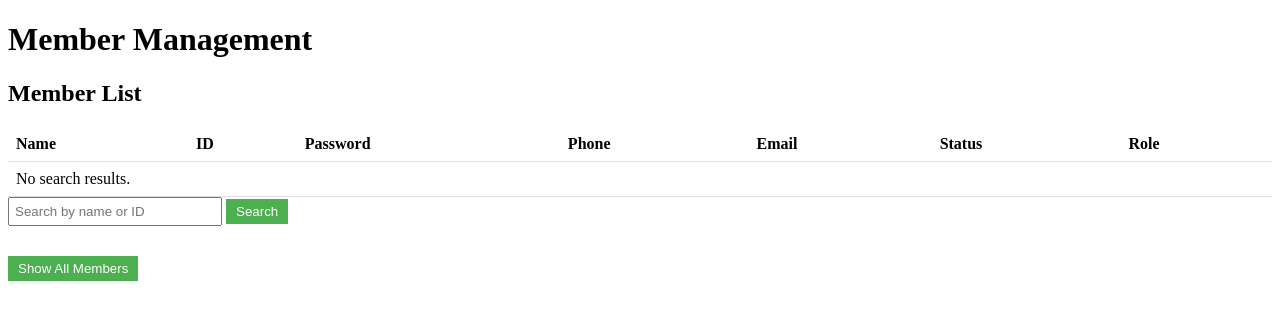
Repository: i-kemen/jsp
Page: http://localhost/WebTest/MemberManagementOKServlet?action=search
An editor plug-in stored every save of this project. The page is shown before and after the next save, followed by the edit.
The browser window is 1280 px wide. The pictures show the whole page.
The page is served by Tomcat 10. Other server files are loaded and not shown.

Above is the page before, as saved 2023-06-27 01:52:31.

### WebTest/src/main/webapp/memberManagement.jsp
<%@ page language="java" contentType="text/html; charset=UTF-8" pageEncoding="UTF-8" %>
<%@ page import="java.util.List" %>
<%@ page import="com.member.MemberDTO" %>
<%@ page import="com.member.MemberDAO" %>
<!DOCTYPE html>
<html>
<head>
    <meta charset="UTF-8">
    <title>Member Management</title>
    <style>
        table {
            width: 100%;
            border-collapse: collapse;
        }

        th, td {
            padding: 8px;
            text-align: left;
            border-bottom: 1px solid #ddd;
        }

        tr:hover {
            background-color: #f5f5f5;
        }

        form {
            margin-bottom: 20px;
        }

        label {
            display: inline-block;
            width: 100px;
        }

        input[type="text"],
        input[type="password"],
        input[type="email"],
        select {
            margin-bottom: 10px;
            padding: 5px;
            width: 200px;
        }

        input[type="submit"] {
            padding: 5px 10px;
            background-color: #4CAF50;
            color: white;
            border: none;
            cursor: pointer;
        }

        input[type="submit"]:hover {
            background-color: #45a049;
        }
    </style>
</head>
<body>
    <h1>Member Management</h1>

    <h2>Member List</h2>

    <table>
        <tr>
            <th>Name</th>
            <th>ID</th>
            <th>Password</th>
            <th>Phone</th>
            <th>Email</th>
            <th>Status</th>
            <th>Role</th>
        </tr>
        <% List<MemberDTO> memberList = (List<MemberDTO>) request.getAttribute("memberList");
           if (memberList != null && !memberList.isEmpty()) {
               for (MemberDTO member : memberList) { %>
                   <tr>
                       <td><%= member.getName() %></td>
                       <td><%= member.getId() %></td>
                       <td><%= member.getPassword() %></td>
                       <td><%= member.getPhone() %></td>
                       <td><%= member.getEmail() %></td>
                       <td><%= member.getMemberStatus() %></td>
                       <td><%= member.getMemberRole() %></td>
                   </tr>
               <% }
           } else { %>
               <tr>
                   <td colspan="7">No search results.</td>
               </tr>
           <% } %>
    </table>

    <form method="post" action="MemberManagementOKServlet">
        <input type="hidden" name="action" value="search">
        <input type="text" name="searchKeyword" placeholder="Search by name or ID">
        <input type="submit" value="Search">
    </form>

    <form method="post" action="MemberManagementOKServlet">
        <input type="hidden" name="action" value="allMembers">
        <input type="submit" value="Show All Members">
    </form>

</body>
</html>

### WebTest/src/main/java/MemberManagementOKServlet.java
import java.io.IOException;
import java.util.List;
import com.member.MemberDAO;
import com.member.MemberDTO;
import jakarta.servlet.ServletException;
import jakarta.servlet.annotation.WebServlet;
import jakarta.servlet.http.HttpServlet;
import jakarta.servlet.http.HttpServletRequest;
import jakarta.servlet.http.HttpServletResponse;

@WebServlet("/MemberManagementOKServlet")
public class MemberManagementOKServlet extends HttpServlet {
    private static final long serialVersionUID = 1L;
    private MemberDAO memberDAO;

    public void init() {
        memberDAO = new MemberDAO();
    }

    protected void doGet(HttpServletRequest request, HttpServletResponse response)
            throws ServletException, IOException {
        doPost(request, response);
    }

    protected void doPost(HttpServletRequest request, HttpServletResponse response)
            throws ServletException, IOException {
        String action = request.getParameter("action");

        if (action != null && action.equals("search")) {
            String searchKeyword = request.getParameter("searchKeyword");
            String searchColumn = request.getParameter("searchColumn");
            List<MemberDTO> memberList;
            if (searchKeyword != null && !searchKeyword.isEmpty()) {
                memberList = memberDAO.searchMembers(searchColumn, searchKeyword);
            } else {
                memberList = null;
            }
            request.setAttribute("memberList", memberList);
        } else if (action != null && action.equals("allMembers")) {
            List<MemberDTO> memberList = memberDAO.getAllMembers();
            request.setAttribute("memberList", memberList);
        }

        request.getRequestDispatcher("memberManagement.jsp").forward(request, response);
    }
}

After the next save:
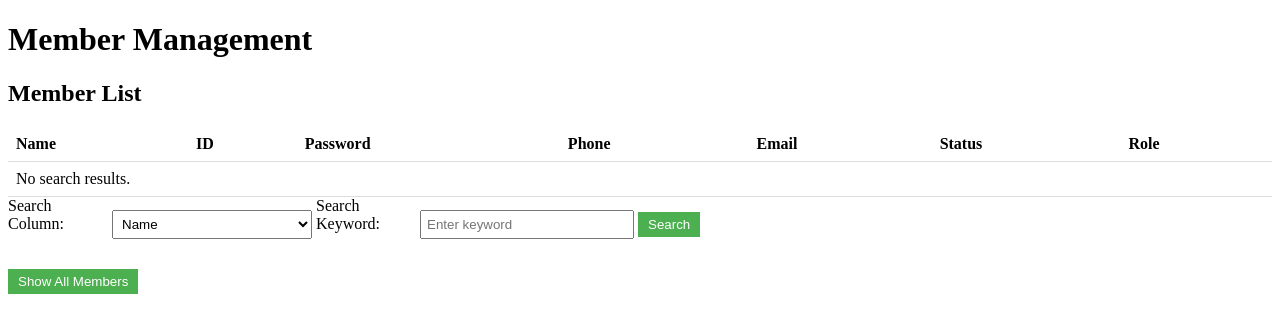
Saved 8 min 56 s later.
--- a/WebTest/src/main/webapp/memberManagement.jsp
+++ b/WebTest/src/main/webapp/memberManagement.jsp
@@ -89,11 +89,18 @@
            <% } %>
     </table>
 
-    <form method="post" action="MemberManagementOKServlet">
-        <input type="hidden" name="action" value="search">
-        <input type="text" name="searchKeyword" placeholder="Search by name or ID">
-        <input type="submit" value="Search">
-    </form>
+<form method="post" action="MemberManagementOKServlet">
+    <input type="hidden" name="action" value="search">
+    <label for="searchColumn">Search Column:</label>
+    <select name="searchColumn" id="searchColumn">
+        <option value="name">Name</option>
+        <option value="id">ID</option>
+        <!-- 다른 컬럼들도 추가할 수 있음 -->
+    </select>
+    <label for="searchKeyword">Search Keyword:</label>
+    <input type="text" name="searchKeyword" placeholder="Enter keyword">
+    <input type="submit" value="Search">
+</form>
 
     <form method="post" action="MemberManagementOKServlet">
         <input type="hidden" name="action" value="allMembers">
